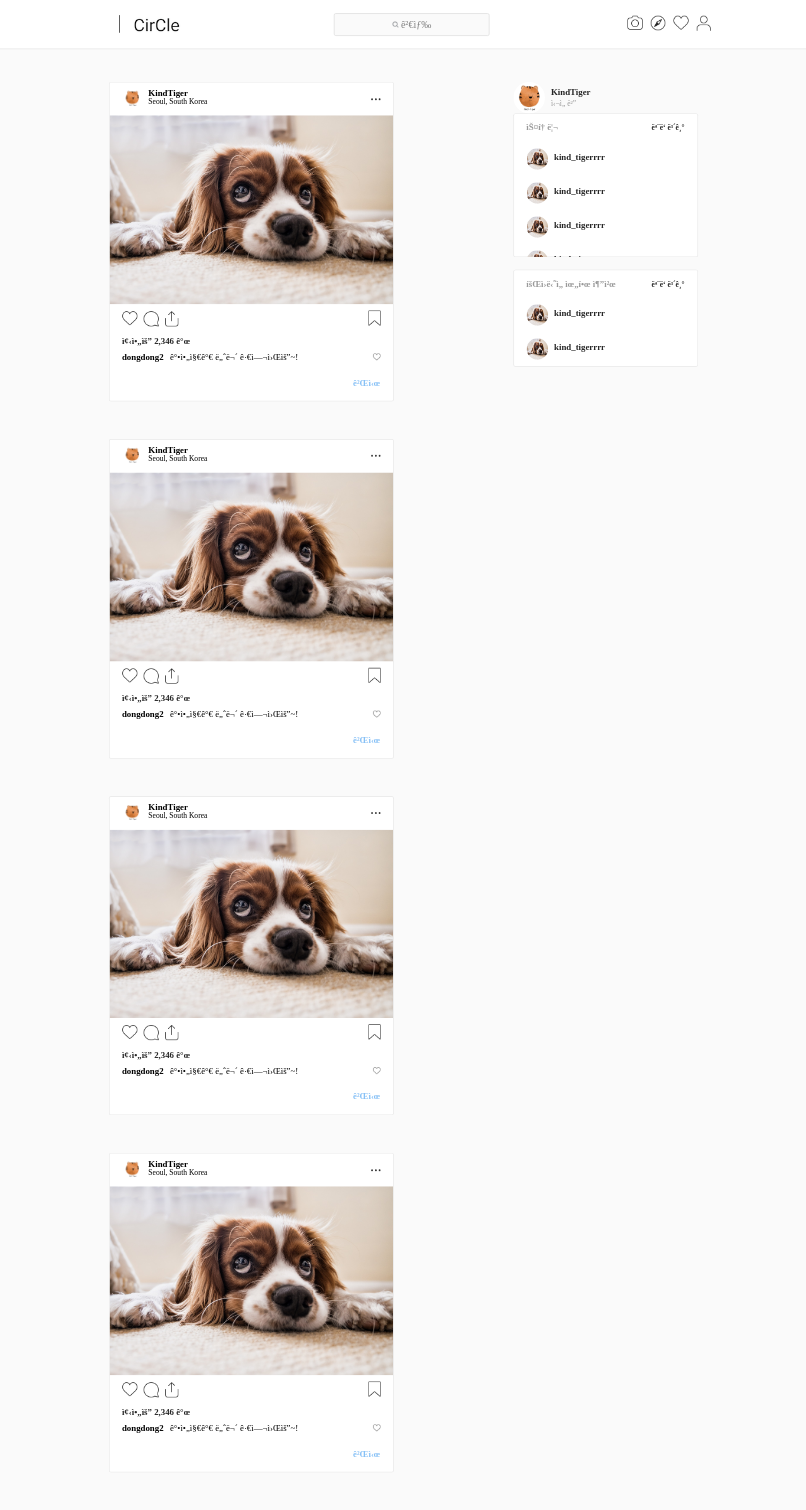
Repository: gkawlals/image_borad
Page: http://localhost/SpringPRJ/WEB-INF/view/image/imageList.jsp
The author's editor kept a copy of each file at every save. The page is drawn from the files as they stood at one save, then again after the next save.
The browser window is 1280 px wide. The pictures show the whole page, at 63% of full size.
The page is served by Tomcat 9. Nobody is signed in. The template is opened directly, without the code that normally fills it, so the values that code supplies are empty.

Above is the page before, as saved 2021-04-17 07:23:49.

After the next save:
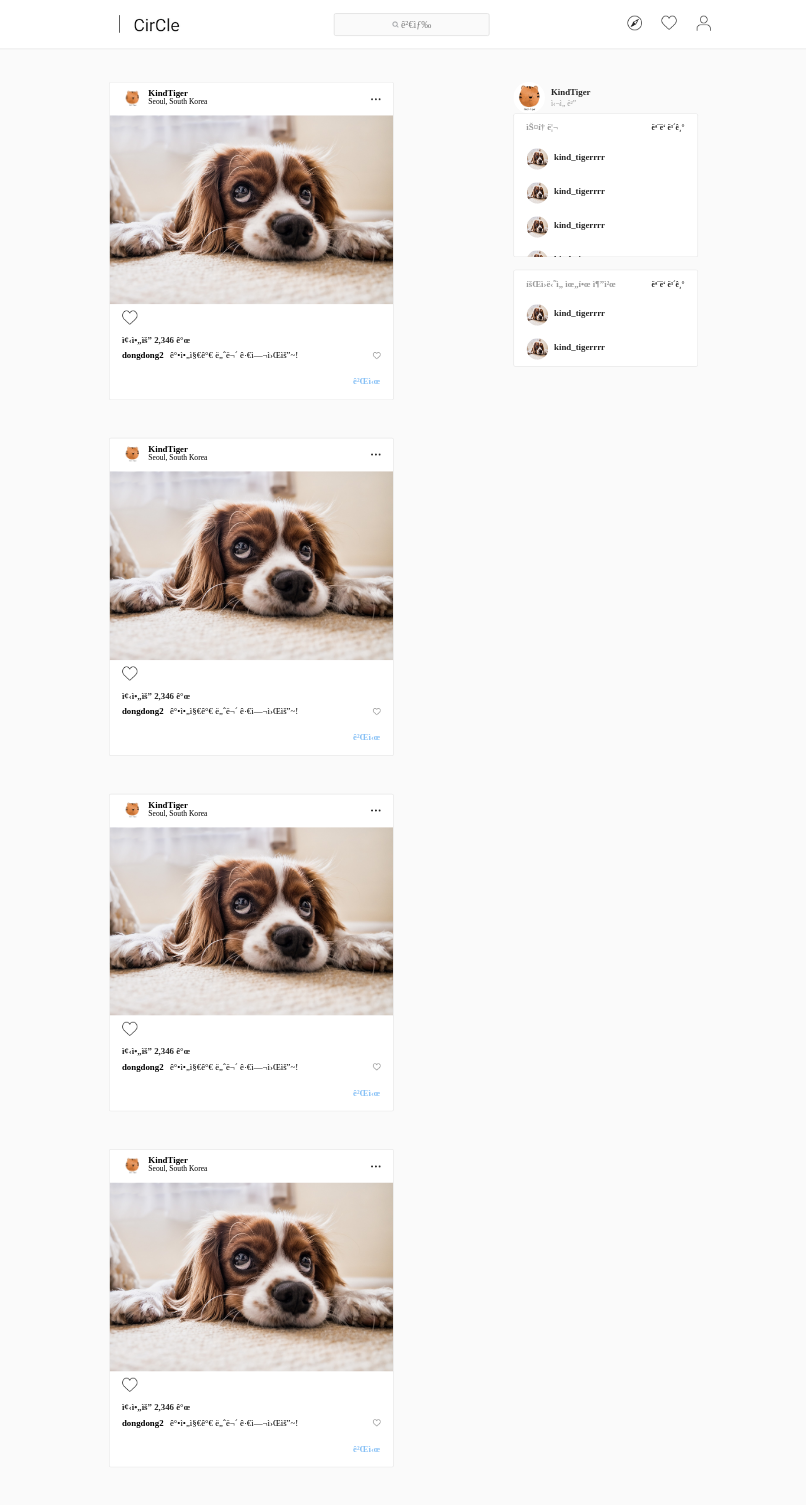
Saved 40 s later.
--- a/SpringPRJ/WebContent/WEB-INF/view/image/imageList.jsp
+++ b/SpringPRJ/WebContent/WEB-INF/view/image/imageList.jsp
@@ -38,7 +38,6 @@
             </div>
 
             <div class="right_icons">
-                <a href="new_post.html"><div class="sprite_camera_icon"></div></a>
                 <a href="login.html"><div class="sprite_compass_icon"></div></a>
                 <a href="follow.html"><div class="sprite_heart_icon_outline"></div></a>
                 <a href="profile.html"><div class="sprite_user_icon_outline"></div></a>
@@ -84,11 +83,8 @@
                             <div class="heart_btn">
                                 <div class="sprite_heart_icon_outline" name="39" data-name="heartbeat"></div>
                             </div>
-                            <div class="sprite_bubble_icon"></div>
-                            <div class="sprite_share_icon" data-name="share"></div>
-                        </div>
-                        <div class="right_icon">
-                            <div class="sprite_bookmark_outline" data-name="bookmark"></div>
+
+
                         </div>
                     </div>
 
@@ -150,11 +146,11 @@
                             <div class="heart_btn">
                                 <div class="sprite_heart_icon_outline" name="39" data-name="heartbeat"></div>
                             </div>
-                            <div class="sprite_bubble_icon"></div>
-                            <div class="sprite_share_icon" data-name="share"></div>
+
+
                         </div>
                         <div class="right_icon">
-                            <div class="sprite_bookmark_outline" data-name="bookmark"></div>
+
                         </div>
                     </div>
 
@@ -215,11 +211,11 @@
                             <div class="heart_btn">
                                 <div class="sprite_heart_icon_outline" name="39" data-name="heartbeat"></div>
                             </div>
-                            <div class="sprite_bubble_icon"></div>
-                            <div class="sprite_share_icon" data-name="share"></div>
+
+
                         </div>
                         <div class="right_icon">
-                            <div class="sprite_bookmark_outline" data-name="bookmark"></div>
+
                         </div>
                     </div>
 
@@ -280,11 +276,11 @@
                             <div class="heart_btn">
                                 <div class="sprite_heart_icon_outline" name="39" data-name="heartbeat"></div>
                             </div>
-                            <div class="sprite_bubble_icon"></div>
-                            <div class="sprite_share_icon" data-name="share"></div>
+
+
                         </div>
                         <div class="right_icon">
-                            <div class="sprite_bookmark_outline" data-name="bookmark"></div>
+
                         </div>
                     </div>
 
